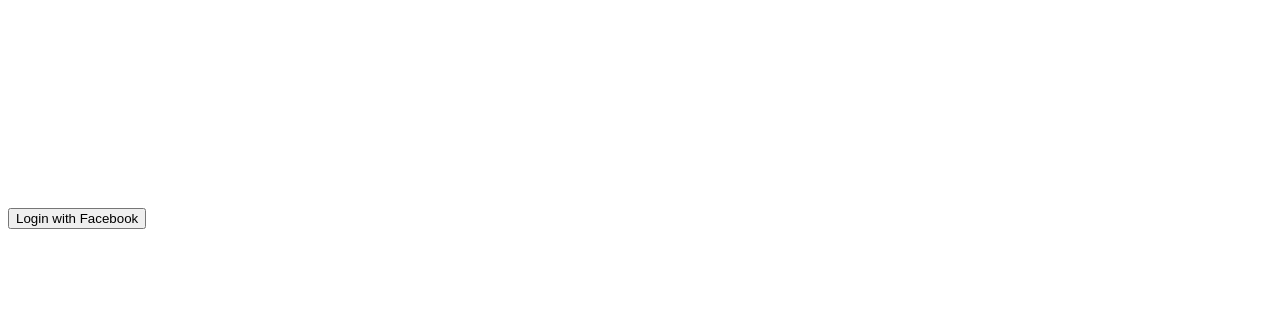
Repository: agustinbaretto/rainbow
Page: templates/login.html
The author's editor kept a record of every edit. The page is drawn from the files as they stood at one moment, then again after the next edit.
The browser window is 1280 px wide. The pictures show the whole page.

Above is the page before.

### templates/login.html
<div class="modal">
  <ion-content id="loginForm" class="center">
    <div class="row" style="height:200px;">
      <div class="col"></div>
    </div>
    <div class="row">
      <div class="col">
        <button class="button button-block button-positive" ng-click="firstLogin()">
          Login with Facebook
        </button>
      </div>
    </div>
  </ion-content>
</div>

After the next edit:
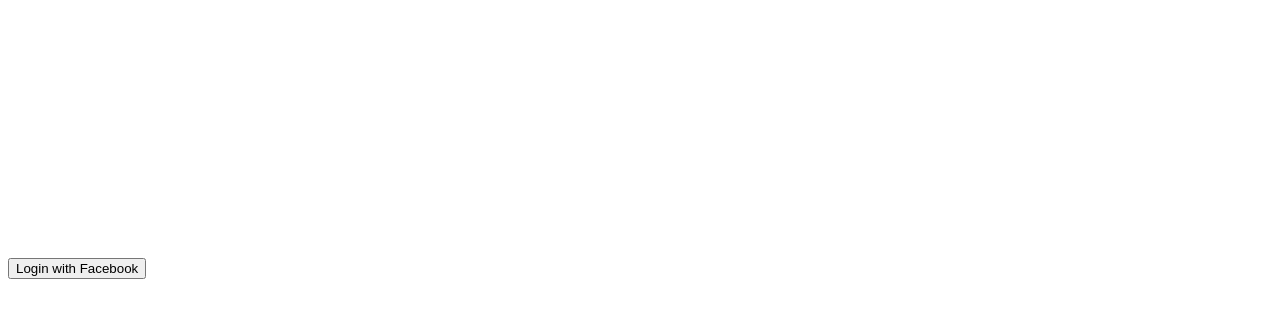
The edit:
--- a/templates/login.html
+++ b/templates/login.html
@@ -1,6 +1,6 @@
 <div class="modal">
   <ion-content id="loginForm" class="center">
-    <div class="row" style="height:200px;">
+    <div class="row" style="height:250px;">
       <div class="col"></div>
     </div>
     <div class="row">
